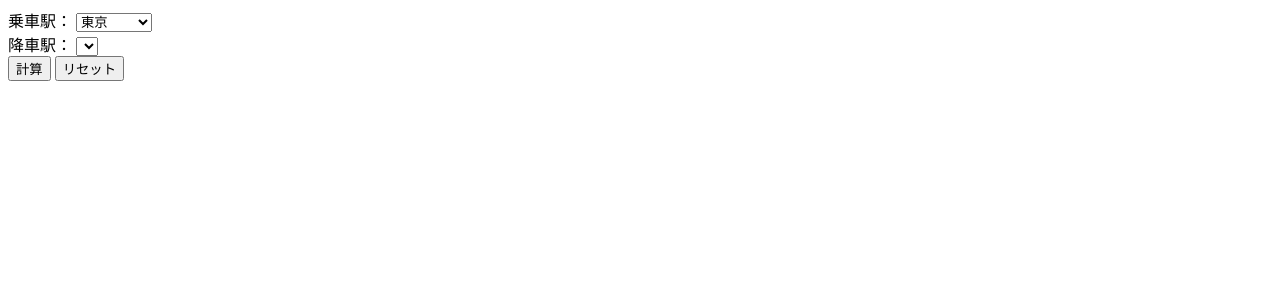
Repository: aiueo20/18ca0155
Page: http://localhost/kadai0603/ryoukin.jsp
The author's editor kept a copy of each file at every save. The page is drawn from the files as they stood at one save, then again after the next save.
The browser window is 1280 px wide. The pictures show the whole page.
The page is served by Tomcat 9. Other server files are loaded and not shown.

Above is the page before, as saved 2019-01-21 02:47:28.

### SSP/kadai0603/WebContent/ryoukin.jsp
<%@ page language="java" contentType="text/html; charset=UTF-8"
    pageEncoding="UTF-8"%>
<!DOCTYPE html>
<html>
<head>
<meta charset="UTF-8">
<title>Insert title here</title>
</head>
<body>
<form action="kadai0603/yamanote" method="get">
乗車駅：
<select name="Rideon">
	<option value="東京">東京</option>
	<option value="神田">神田</option>
	<option value="秋葉原">秋葉原</option>
	<option value="御徒町">御徒町</option>
	<option value="上野">上野</option>
	<option value="鶯谷">鶯谷</option>
	<option value="日暮">日暮里</option>
	<option value="西日暮里">西日暮里</option>
	<option value="田端">田端</option>
	<option value="駒込">駒込</option>
	<option value="巣鴨">巣鴨</option>
	<option value="大塚">大塚</option>
	<option value="池袋">池袋</option>
	<option value="目白">目白</option>
	<option value="高田馬場">高田馬場</option>
	<option value="新大久保">新大久保</option>
	<option value="新宿">新宿</option>
	<option value="代々木">代々木</option>
	<option value="原宿">原宿</option>
	<option value="渋谷">渋谷</option>
	<option value="恵比寿">恵比寿</option>
	<option value="目黒">目黒</option>
	<option value="五反田">五反田</option>
	<option value="大崎">大崎</option>
	<option value="品川">品川</option>
	<option value="田町">田町</option>
	<option value="浜松町">浜松町</option>
	<option value="有楽町">有楽町</option>
</select>
<br>

降車駅：
<select name="Getdown">
	<option value="東京"></option>
	<option value="神田"></option>
	<option value="秋葉原"></option>
	<option value="御徒町"></option>
	<option value="上野"></option>
	<option value="鶯谷"></option>
	<option value="日暮駅"></option>
	<option value="西日暮里"></option>
	<option value="田端"></option>
	<option value="駒込"></option>
	<option value="巣鴨"></option>
	<option value="大塚"></option>
	<option value="池袋"></option>
	<option value="目白"></option>
	<option value="高田馬場"></option>
	<option value="新大久保"></option>
	<option value="新宿"></option>
	<option value="代々木"></option>
	<option value="原宿"></option>
	<option value="渋谷"></option>
	<option value="恵比寿"></option>
	<option value="目黒"></option>
	<option value="五反田"></option>
	<option value="大崎"></option>
	<option value="品川"></option>
	<option value="田町"></option>
	<option value="浜松町"></option>
	<option value="有楽町"></option>
</select>
<br>
<input type="submit" value="計算">
<input type="reset" value="リセット" onclick="location.reload()">
</form>
</body>
</html>

After the next save:
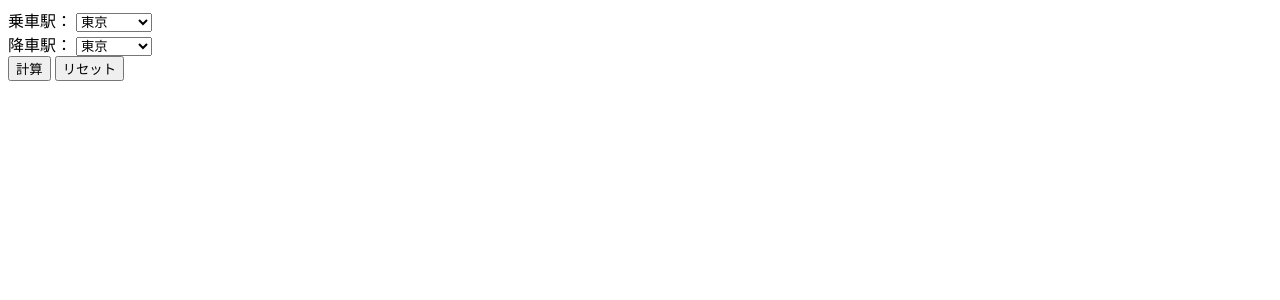
Saved 18 s later.
--- a/SSP/kadai0603/WebContent/ryoukin.jsp
+++ b/SSP/kadai0603/WebContent/ryoukin.jsp
@@ -42,35 +42,35 @@
 <br>
 
 降車駅：
-<select name="Getdown">
-	<option value="東京"></option>
-	<option value="神田"></option>
-	<option value="秋葉原"></option>
-	<option value="御徒町"></option>
-	<option value="上野"></option>
-	<option value="鶯谷"></option>
-	<option value="日暮駅"></option>
-	<option value="西日暮里"></option>
-	<option value="田端"></option>
-	<option value="駒込"></option>
-	<option value="巣鴨"></option>
-	<option value="大塚"></option>
-	<option value="池袋"></option>
-	<option value="目白"></option>
-	<option value="高田馬場"></option>
-	<option value="新大久保"></option>
-	<option value="新宿"></option>
-	<option value="代々木"></option>
-	<option value="原宿"></option>
-	<option value="渋谷"></option>
-	<option value="恵比寿"></option>
-	<option value="目黒"></option>
-	<option value="五反田"></option>
-	<option value="大崎"></option>
-	<option value="品川"></option>
-	<option value="田町"></option>
-	<option value="浜松町"></option>
-	<option value="有楽町"></option>
+<select name="Rideon">
+	<option value="東京">東京</option>
+	<option value="神田">神田</option>
+	<option value="秋葉原">秋葉原</option>
+	<option value="御徒町">御徒町</option>
+	<option value="上野">上野</option>
+	<option value="鶯谷">鶯谷</option>
+	<option value="日暮">日暮里</option>
+	<option value="西日暮里">西日暮里</option>
+	<option value="田端">田端</option>
+	<option value="駒込">駒込</option>
+	<option value="巣鴨">巣鴨</option>
+	<option value="大塚">大塚</option>
+	<option value="池袋">池袋</option>
+	<option value="目白">目白</option>
+	<option value="高田馬場">高田馬場</option>
+	<option value="新大久保">新大久保</option>
+	<option value="新宿">新宿</option>
+	<option value="代々木">代々木</option>
+	<option value="原宿">原宿</option>
+	<option value="渋谷">渋谷</option>
+	<option value="恵比寿">恵比寿</option>
+	<option value="目黒">目黒</option>
+	<option value="五反田">五反田</option>
+	<option value="大崎">大崎</option>
+	<option value="品川">品川</option>
+	<option value="田町">田町</option>
+	<option value="浜松町">浜松町</option>
+	<option value="有楽町">有楽町</option>
 </select>
 <br>
 <input type="submit" value="計算">
